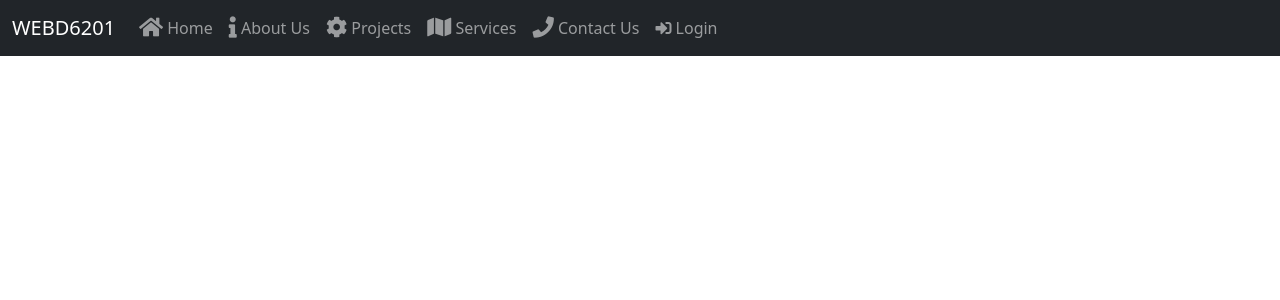
Repository: AshokSasi/WEBD6201-ASasitharan-ICE6
Page: Views/components/header.html
An editor plug-in stored every save of this project. The page is shown before and after the next save, followed by the edit.
The browser window is 1280 px wide. The pictures show the whole page.

Above is the page before, as saved 2021-03-03 08:35:04.

### Views/components/header.html
<!DOCTYPE html>
<html lang="en">
<head>
    <meta charset="UTF-8">
    <meta name="viewport" content="width=device-width, initial-scale=1.0">
    <title>Home</title>
    <!-- CSS Section -->
    <link rel="stylesheet" href="./node_modules/bootstrap/dist/css/bootstrap.min.css">
    <link rel="stylesheet" href="./node_modules/@fortawesome/fontawesome-free/css/all.min.css">
    <link rel="stylesheet" href="./Content/app.css">
</head>
<body>
    <!-- Main Header -->
    <header>
        <!-- Main Navigation -->
        <nav class="navbar navbar-expand-lg navbar-dark bg-dark">
            <div class="container-fluid">
              <a class="navbar-brand" href="index.html">WEBD6201</a>
              <button class="navbar-toggler" type="button" data-bs-toggle="collapse" data-bs-target="#navbarSupportedContent" aria-controls="navbarSupportedContent" aria-expanded="false" aria-label="Toggle navigation">
                <span class="navbar-toggler-icon"></span>
              </button>
              <div class="collapse navbar-collapse" id="navbarSupportedContent">
                <ul class="navbar-nav me-auto mb-2 mb-lg-0">
                  <li class="nav-item">
                    <a class="nav-link" aria-current="page" href="index.html"><i class="fas fa-home fa-lg"></i> Home</a>
                  </li>

                  <li class="nav-item">
                    <a class="nav-link" aria-current="page" href="about.html"><i class="fas fa-info fa-lg"></i> About Us</a>
                  </li>

                  <li class="nav-item">
                    <a class="nav-link" aria-current="page" href="projects.html"><i class="fas fa-cog fa-lg"></i> Projects</a>
                  </li>

                  <li class="nav-item">
                    <a class="nav-link" aria-current="page" href="services.html"><i class="fas fa-map fa-lg"></i> Services</a>
                  </li>

                  <li class="nav-item">
                    <a class="nav-link" aria-current="page" href="contact.html"><i class="fas fa-phone fa-lg"></i> Contact Us</a>
                  </li>

                  <li id="login" class="nav-item">
                    <a class="nav-link" aria-current="page" href="login.html"><i class="fas fa-sign-in-alt"></i> Login</a>
                  </li>
                </ul>
              </div>
            </div>
          </nav>
    </header>

### Content/app.css
/* custom css goes here */
.input-group-addon:first-child
{
    border-right: 0;
}

.input-group-addon
{
    padding: 6px 12px;
    font-size: 14px;
    font-weight: 400;
    line-height: 1;
    text-align: center;
    border: 1px solid darkgrey;
    border-radius: 4xpx;
}

.input-group-addon .fa
{
    font-size: 18px;
}

.input-group .form-control
{
    position:relative;
    z-index: 2;
    float:left;
    margin-bottom: 0;
}

.input-group .form-control:last-child
{
    border-top-left-radius: 0;
    border-bottom-left-radius: 0;
}



.login
{
    padding: 2rem 1rem;
    margin-bottom: 2rem;
    background-color: lightgrey;
    border-radius: .3rem;
}

.login input
{
    background-color: white;
    border-color: darkgrey;
    border-radius: .4em;
    width: 100%;
}

Loaded but not shown: node_modules/bootstrap/dist/css/bootstrap.min.css (library); node_modules/@fortawesome/fontawesome-free/css/all.min.css (library)

After the next save:
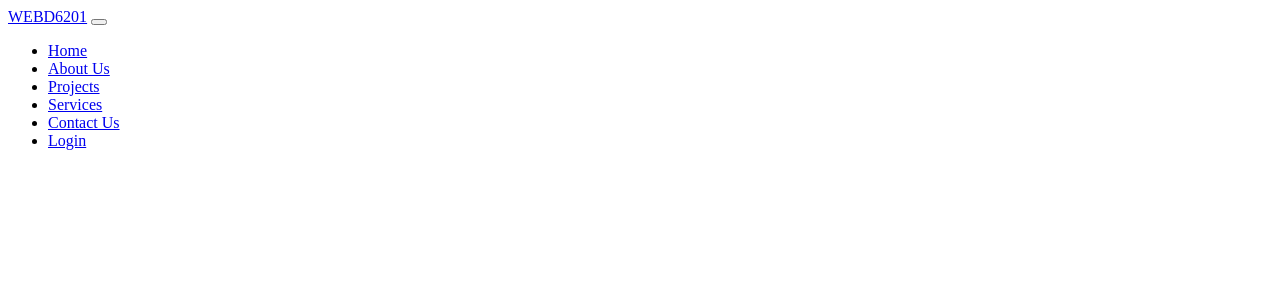
Saved 20 s later.
--- a/Views/components/header.html
+++ b/Views/components/header.html
@@ -1,17 +1,6 @@
-<!DOCTYPE html>
-<html lang="en">
-<head>
-    <meta charset="UTF-8">
-    <meta name="viewport" content="width=device-width, initial-scale=1.0">
-    <title>Home</title>
-    <!-- CSS Section -->
-    <link rel="stylesheet" href="./node_modules/bootstrap/dist/css/bootstrap.min.css">
-    <link rel="stylesheet" href="./node_modules/@fortawesome/fontawesome-free/css/all.min.css">
-    <link rel="stylesheet" href="./Content/app.css">
-</head>
-<body>
+
     <!-- Main Header -->
-    <header>
+
         <!-- Main Navigation -->
         <nav class="navbar navbar-expand-lg navbar-dark bg-dark">
             <div class="container-fluid">
@@ -48,4 +37,3 @@
               </div>
             </div>
           </nav>
-    </header>
